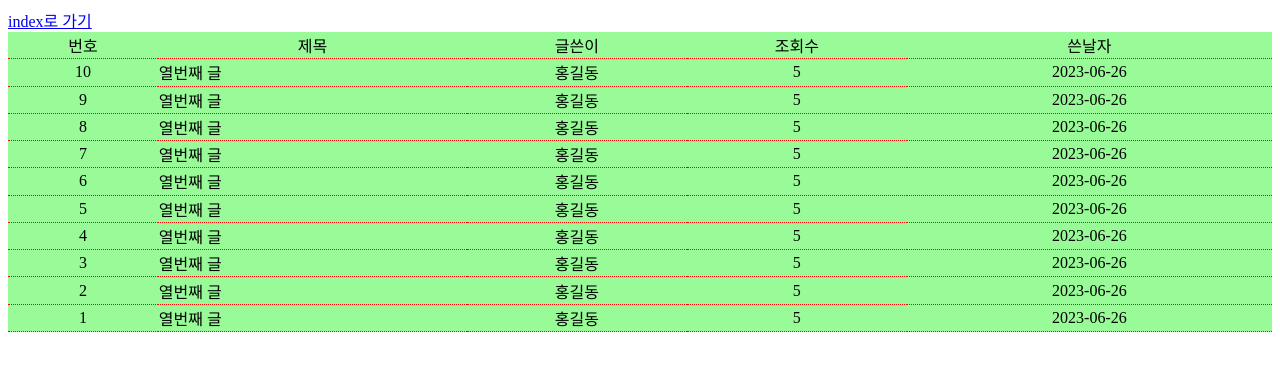
Repository: popll1/Pleiades
Page: http://localhost/jun261/main.jsp
These files come from the project's save history. The page is drawn as it stood at one moment and after the next save; the edit follows.
The browser window is 1280 px wide. The pictures show the whole page.
The page is served by Tomcat 9.

Above is the page before, as saved 2023-06-26 06:41:39.

After the next save:
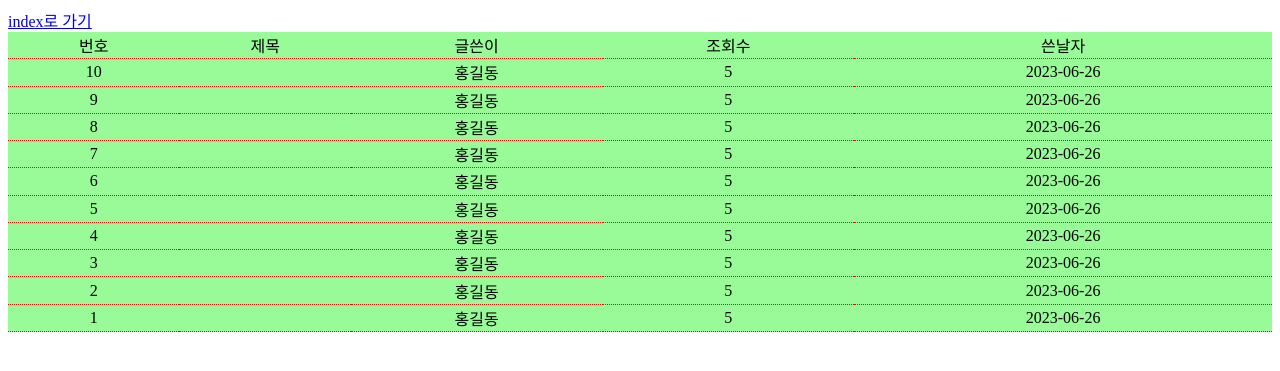
Saved 92 s later.
--- a/jun261/src/main/webapp/main.jsp
+++ b/jun261/src/main/webapp/main.jsp
@@ -45,7 +45,7 @@
 		<%for(int i = 10; i > 0; i--){ %>
 		<tr>
 			<td ><%=i %></td>
-			<td id="title" title>열번째 글</td>
+			<td id="title" 열번째 글</td>
 			<td>홍길동</td>
 			<td>5</td>
 			<td>2023-06-26</td>
